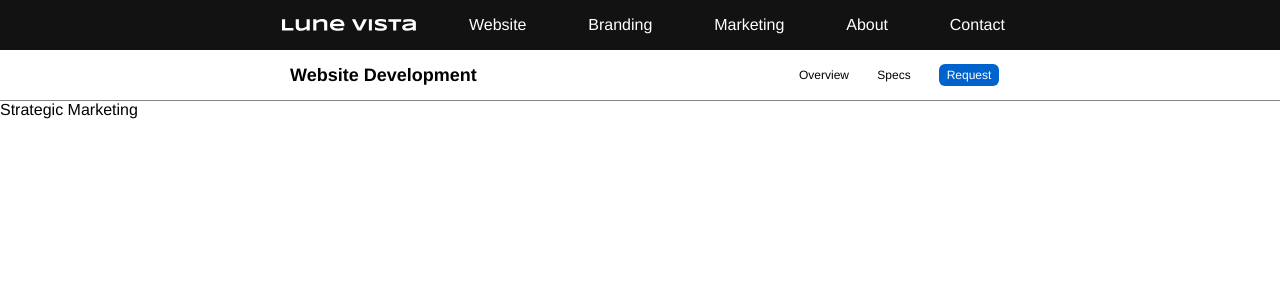
Repository: yoItsTyler/templates
Page: /marketing
An editor plug-in stored every save of this project. The page is shown before and after the next save, followed by the edit.
The browser window is 1280 px wide. The pictures show the whole page.
Some web fonts or font styles are not loaded; a fallback is used. The project was rebuilt for these pictures with package versions that can differ from the ones it lists, and the page was loaded fresh each time. Also part of the build but not shown: src/components/Branding/styles.module.css, src/components/Branding/Branding.js, src/components/Home/styles.module.css, src/components/Navbar/styles.module.css, src/components/Navbar/Navbar.js, src/components/NavbarMobile/styles.module.css, src/components/NavbarMobile/NavbarMobile.js, src/components/Home/Home.js and 11 more. Imported but missing from the stored project, and not drawn on this page: src/components/Request.

Above is the page before, as saved 2022-12-01 17:41:06.

### public/index.html
<!DOCTYPE html>
<html lang="en">
  <head>
    <meta charset="utf-8" />
    <link rel="icon" href="%PUBLIC_URL%/favicon.ico" />
    <meta name="viewport" content="width=device-width, initial-scale=1" />
    <meta name="theme-color" content="#000000" />
    <meta
      name="description"
      content="Web site created using create-react-app"
    />
    <link rel="apple-touch-icon" href="%PUBLIC_URL%/logo192.png" />
    <!--
      manifest.json provides metadata used when your web app is installed on a
      user's mobile device or desktop. See https://developers.google.com/web/fundamentals/web-app-manifest/
    -->
    <link rel="manifest" href="%PUBLIC_URL%/manifest.json" />
    <!--
      Notice the use of %PUBLIC_URL% in the tags above.
      It will be replaced with the URL of the `public` folder during the build.
      Only files inside the `public` folder can be referenced from the HTML.

      Unlike "/favicon.ico" or "favicon.ico", "%PUBLIC_URL%/favicon.ico" will
      work correctly both with client-side routing and a non-root public URL.
      Learn how to configure a non-root public URL by running `npm run build`.
    -->
    <title>Root Template</title>
  </head>
  <body>
    <noscript>You need to enable JavaScript to run this app.</noscript>
    <div id="root"></div>
    <!--
      This HTML file is a template.
      If you open it directly in the browser, you will see an empty page.

      You can add webfonts, meta tags, or analytics to this file.
      The build step will place the bundled scripts into the <body> tag.

      To begin the development, run `npm start` or `yarn start`.
      To create a production bundle, use `npm run build` or `yarn build`.
    -->
  </body>
</html>

### src/index.js
import React from 'react';
import  ReactDOM  from 'react-dom';
import './index.css';
import reportWebVitals from './reportWebVitals';
import { BrowserRouter as Router } from 'react-router-dom';
import { App } from './components/App';

ReactDOM.render(
  <React.StrictMode>
    <Router>
     <App/>
    </Router>
  </React.StrictMode>,
  document.getElementById('root'),
);



// If you want to start measuring performance in your app, pass a function
// to log results (for example: reportWebVitals(console.log))
// or send to an analytics endpoint. Learn more: https://bit.ly/CRA-vitals
reportWebVitals();

### src/index.css


@import url('https://fonts.cdnfonts.com/css/work-sans');
html, body{
  min-height: fit-content;
 height: 100vh;
  width: 100vw;
  max-width: 100vw;
  margin: 0;
  overflow-x: hidden;
  -ms-overflow-style: none;  /* IE and Edge */
  scrollbar-width: none;  /* Firefox */
  scroll-behavior: smooth;



}
body {



  font-family:  -apple-system, BlinkMacSystemFont, 'Segoe UI', 'Roboto', 'Oxygen',
    'Ubuntu', 'Cantarell', 'Fira Sans', 'Droid Sans', 'Helvetica Neue',
    sans-serif;
    font-family: 'Helvetica';
    font-style: normal;
  -webkit-font-smoothing: antialiased;
  -moz-osx-font-smoothing: grayscale;

  font-family: 'Helvetica', sans-serif;
  -webkit-font-smoothing: antialiased;
  -moz-osx-font-smoothing: grayscale;
}
body::-webkit-scrollbar{
  display: none;
}


code {
  font-family: source-code-pro, Menlo, Monaco, Consolas, 'Courier New',
    monospace;
}

### src/components/App/App.js
import { useEffect, useState } from 'react';
import { Route, Switch } from 'react-router-dom';
import { Branding } from '../Branding/Branding';
import { Home } from '../Home';
import { LogoDesign } from '../LogoDesign';
import { Marketing } from '../Marketing/Marketing';
import { Navbar } from '../Navbar/Navbar';
import { NavbarMobile } from '../NavbarMobile';
import { Plan } from '../Plan/Plan';
import { Plans } from '../Plans/Plans';
import { Request } from '../Request';
import { Specs } from '../Specs';
import { Web } from '../Web/Web';
import styles from './styles.module.css';






export const App = () => {




    return(
        <div className={styles.main}>


            <Switch>
            <Route exact path = {['/request/:id', '/request']} component={Request}/>
            <Route exact path='/marketing' component={Marketing}/>
            <Route exact path = '/branding' component={Branding}/>
            <Route exact path = '/logo-design' component={LogoDesign}/>
                <Route exact path = '/plan/:id' component={Plan}/>
                <Route exact path = '/web-plans' component={Plans}/>
                 <Route exact path = '/web' component={Web}/>
                 <Route exact path = '/specs' component={Specs}/>
                <Route path={['/']} component={Home}/>

            </Switch>
        </div>
    )
}

### src/components/LogoDesign/index.js
export * from './LogoDesign';

### src/components/Marketing/Marketing.js
import { NavbarWeb } from '../NavbarWeb/NavbarWeb';
import { NavBarWebSub } from '../NavBarWebSub/NavBarWebSub';
import styles from './styles.module.css';


export const Marketing = () => {

    return(
        <div className={styles.main}>
            <NavbarWeb/>
            <NavBarWebSub/>

            <div className={styles.tile}>

                Strategic Marketing


            </div>

        </div>
    );
};

### src/components/NavbarMobile/index.js
export * from './NavbarMobile';

### src/components/Specs/index.js
export * from './Specs';

### src/components/App/styles.module.css
.main{
    margin-top: 0;
    min-height: fit-content;
    height: 100vh;
    width: 100%;
    max-width: 100vw;
}

### src/components/NavbarWeb/NavbarWeb.js
import styles from './styles.module.css';
import logo2 from '../../images/LuneVistaLogo.png';
import search from '../../images/search.png';
import { useHistory } from 'react-router-dom';
import { useEffect, useState } from 'react';


export const NavbarWeb = () => {
    const history = useHistory();


    const [mobileBool, setMobileBool] = useState(false);
    const [windowDimension, setWindowDimension] = useState(722)

    useEffect(() => {
        setWindowDimension(window.innerWidth);
    }, []);

    useEffect(() => {
        function handleResize() {
            setWindowDimension(window.innerWidth);
        }

        window.addEventListener("resize", handleResize);
        return () => window.removeEventListener('resize', handleResize);
    }, []);

    const isMobile = windowDimension <= 720;

    useEffect(() => {
        if (isMobile !== mobileBool) {
            setMobileBool(isMobile);
        };
        return isMobile;
    }, [isMobile]);





    // <div className={styles.falseDiv}></div>
    return (
        <div className={styles.main}>

            <div className={styles.row}>


                <div className={styles.logo}
                    onClick={() => history.push('/')}
                >
                    <img src={logo2} style={{ width: '100%', height: '' }} />

                </div>






                        {isMobile ? (
                            <div className={styles.mobileMenu}>Menu</div>
                        ) : (
                            <div className={styles.pages}>
                            <div className={styles.page}
                                 onClick={() => history.push('/web')}
                                >Website</div>
                                <div className={styles.page} onClick={() => history.push('/branding')}
                                >Branding</div>
                                <div className={styles.page} onClick={() => history.push('/marketing')}
                                >Marketing</div>
                                <div className={styles.page} onClick={() => history.push('/about')}
                                >About</div>
                                <div className={styles.page} onClick={() => history.push('/contact')}
                                >Contact</div>
                            </div>

                        )}



                    </div>


                </div>





            )
}

### src/components/NavBarWebSub/NavBarWebSub.js
import { useHistory } from 'react-router-dom';
import styles from './styles.module.css';


export const NavBarWebSub = () => {
    const history = useHistory();

    /*




                <div className={styles.row}>
                    <div className={styles.title}>
                        Website Development
                    </div>
                    <div className={styles.btnRow}>
                        <div className={styles.btnTxt}>Overview</div>
                        <div className={styles.btnTxt}>Specs</div>
                        <div className={styles.requestBtn}>Request</div>
                    </div>



                </div>*/


    return (
        <div className={styles.main}>
            <div className={styles.column}>
                <div className={styles.topSpace}></div>
                <div className={styles.row}>
                    <div className={styles.title}>
                        Website Development
                    </div>
                    <div className={styles.btnRow}>
                        <div className={styles.btnTxt}>Overview</div>
                        <div className={styles.btnTxt} onClick={() => history.push('/specs')}
                        >Specs</div>
                        <div className={styles.requestBtn} onClick={() => history.push('/web-plans')}
                        >Request</div>
                    </div>



                </div>



            </div>



        </div>
    )
}

### src/components/NavbarWeb/styles.module.css
.main{
    width: 100vw;
    max-width: 100vw;
    height: 50px;
    margin-top: 0;
   overflow-x: hidden;
    background-color: hsl(0, 0%, 7%);
    position: absolute;
    display: flex;
    z-index: 2;
    justify-content: center;



}
.row{
    width: 100%;

    align-self: center;

    height: 50px;
    max-width: 730px;

    color: #FFFFFF;
 display: flex;
 align-items: center;

justify-content: space-between;



}
.logo{

    padding-left: min(16px, 1.0%);
    height: 32px;
    cursor: pointer;
    display: flex;
    align-content: center;
    align-items: center;
    justify-content: center;
      justify-self: left;
    max-width: 134px;




}
.falseDiv{
    padding-right: min(16px, 1.0%);
    width: 134px;



}
.rightSide{
   align-self: center;
  justify-self: center;


}
.pages{
    flex-basis: 1;
    display: flex;
   height: 32px;


    width: 80%;
    max-width: 536px;
    align-items: center;
    justify-content: space-between;
    justify-self: center;




}

.page{

    font-weight: 400;
    font-size: 16px;
    line-height: 24px;
   cursor: pointer;

   height: 24px;
   align-content: center;
   align-items: center;

   padding-left: 0px;
   padding-right: 0px;

}
.page:hover{
    background-color: rgba(0, 0, 0, 0.3);
   border-radius: 3px;
}
.mobileMenu{
    margin-right: 9px;
}



.search{
   padding-right: min(16px, 1.5%);
margin-left: auto;


}

### src/components/NavBarWebSub/styles.module.css
.main{
    width: 100vw;
    height: 100px;
    position: relative;
  margin-top: 0px;
  max-width: 100vw;
  overflow-x: hidden;

    display: flex;
    justify-content: center;
    z-index: 1;
    background-color: white;
    border-bottom: rgba(0, 0, 0, 0.473) .6px solid;
}


.column{
    width: 100%;
    max-width: 730px;

    display: flex;
    flex-direction: column;
    justify-content: center;
    align-content: center;
}
.topSpace{
    height: 50px;

}
.row{
    justify-self: center;
    display: flex;
    width: 100%;
    max-width: 730px;
    justify-content: space-between;
    align-items: center;
    padding-left: 6px;
    padding-right: 6px;
}
.btnRow{
    display: flex;
    width: 200px;
    justify-content: space-between;
    padding-left: 6px;
    align-items: center;
    margin-right: 12px;
}
.title{
    margin-left: 9px;
    height: 20px;
    font-size: 18px;
    font-weight: 700;
    flex-wrap: nowrap;

}
@media only screen and (max-width: 440px) {
    .title{
        font-size: 18px;
        max-width: 100px;
        overflow: hidden;

    }
}
.btnTxt{
    font-size: 12px;
    font-weight: 400;
    line-height: 14px;
    cursor: pointer;

}
.requestBtn{
    font-size: 12px;
    font-weight: 400;
    background-color: #0062CC;
    color: white;
    height: 22px;
    width: 60px;
    display: flex;
    flex-direction: column;
    align-items: center;

    justify-content: center;
    border-radius: 6px;
    line-height: 20px;
    cursor: pointer;
}

Loaded but not shown: src/reportWebVitals.js (common file); src/components/App/index.js (common file); src/components/Home/index.js (common file); src/components/Home/mobile.module.css (no stored copy; drawn as an empty file)

After the next save:
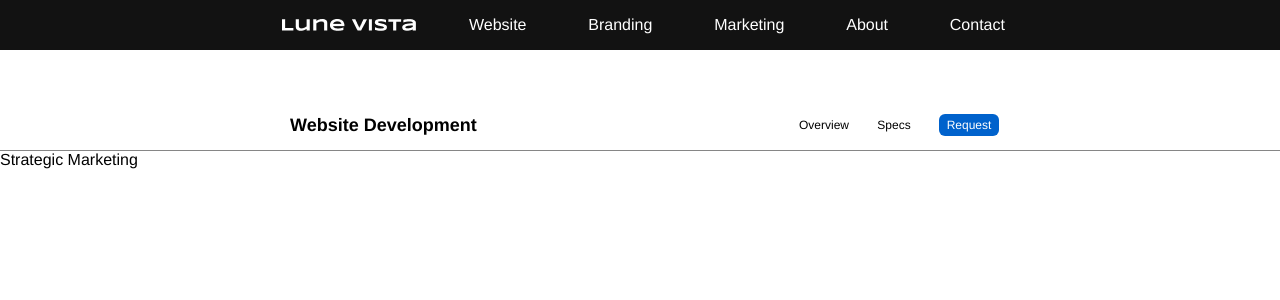
Saved 11 s later.
--- a/src/components/NavbarWeb/styles.module.css
+++ b/src/components/NavbarWeb/styles.module.css
@@ -5,7 +5,7 @@
     margin-top: 0;
    overflow-x: hidden;
     background-color: hsl(0, 0%, 7%);
-    position: absolute;
+    position: static;
     display: flex;
     z-index: 2;
     justify-content: center;

After the 2 saves that followed:
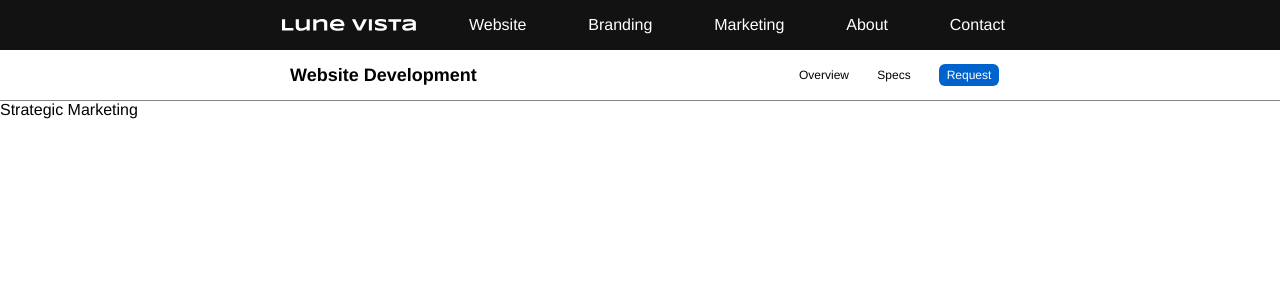
The 2 saves are shown as one change because 1 left the picture as it was.
The last was saved 34 s later.
--- a/src/components/NavbarWeb/styles.module.css
+++ b/src/components/NavbarWeb/styles.module.css
@@ -5,7 +5,7 @@
     margin-top: 0;
    overflow-x: hidden;
     background-color: hsl(0, 0%, 7%);
-    position: static;
+    position: absolute;
     display: flex;
     z-index: 2;
     justify-content: center;
